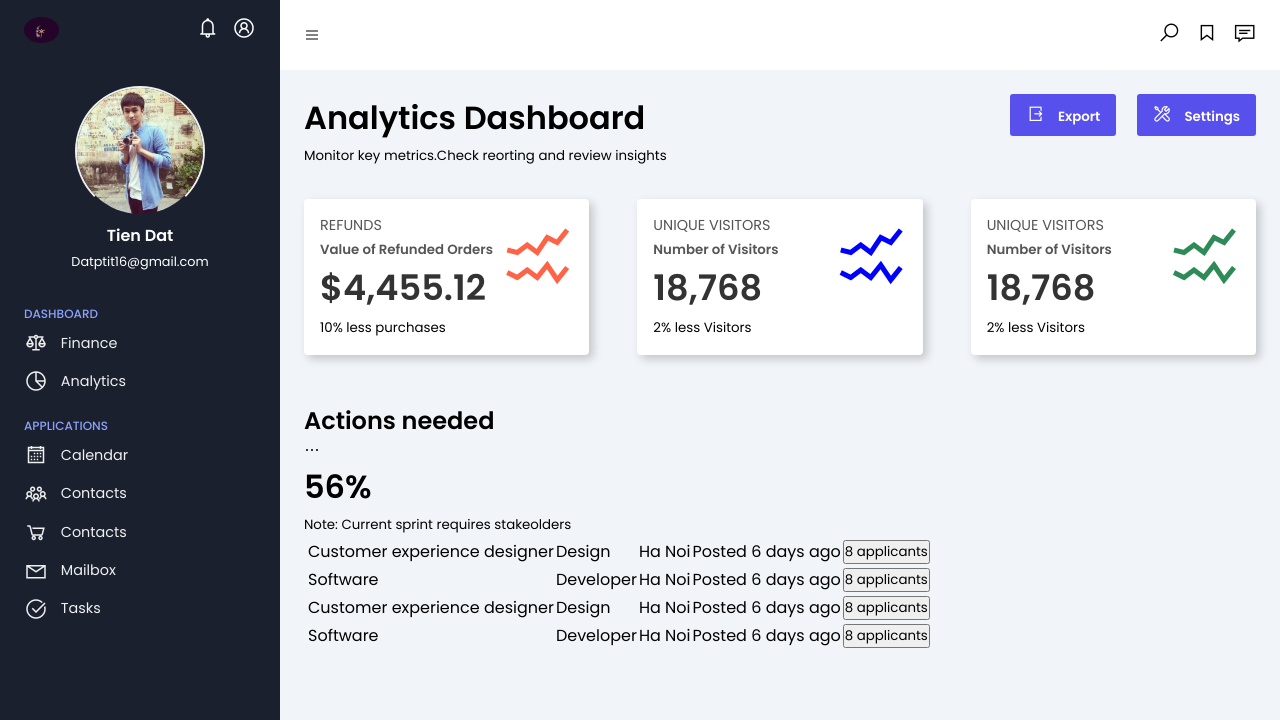
Repository: Datt21/dashboard-fe-project
Page: index.html
An editor plug-in stored every save of this project. The page is shown before and after the next save, followed by the edit.
The browser window is 1280 px wide. The pictures show the whole page.

Above is the page before, as saved 2021-06-08 19:21:36.

After the next save:
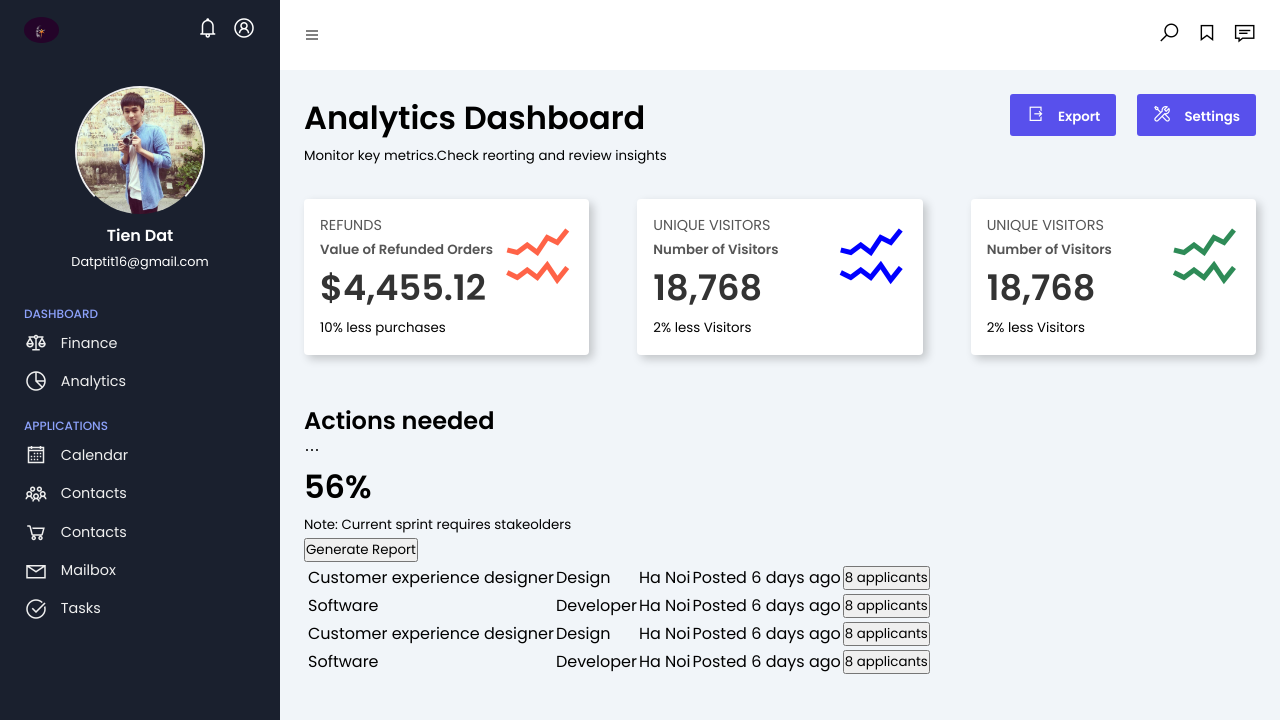
Saved 2 min 24 s later.
--- a/index.html
+++ b/index.html
@@ -197,6 +197,10 @@
                             <div class="analytics__note">
                                 <small>Note: Current sprint requires stakeolders</small>
                             </div>
+
+                            <div class="analytics__btn">
+                                <button>Generate Report</button>
+                            </div>
                         </div>
                 </div>
 
